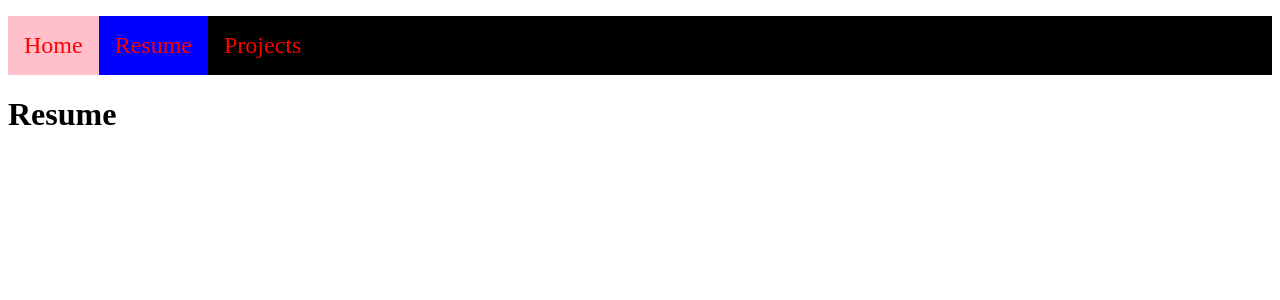
Repository: Kur0bane/Kur0bane.github.io
Page: resume.html
The author's editor kept a record of every edit. The page is drawn from the files as they stood at one moment, then again after the next edit.
The browser window is 1280 px wide. The pictures show the whole page.
The pointer rests on the first visible `.navbar li`.

Above is the page before.

After the next edit:
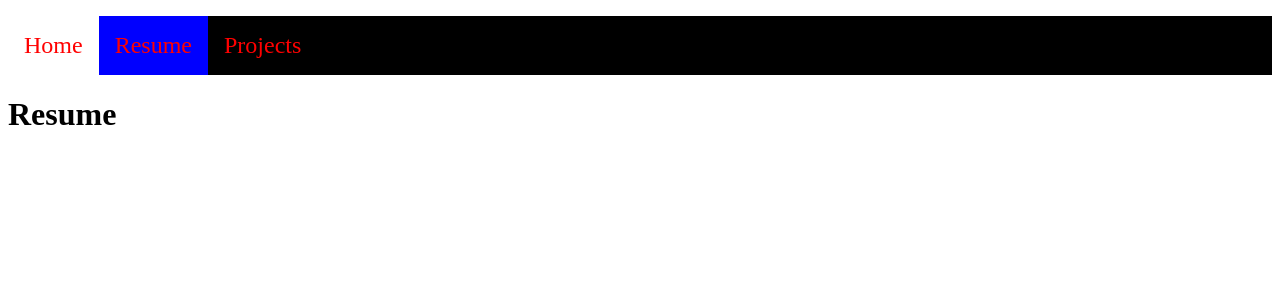
The edit:
--- a/resume.html
+++ b/resume.html
@@ -23,7 +23,7 @@
         }
 
         .navbar li:hover{
-            background-color: pink;
+            background-color: white;
         }
 
         .dropdown-content{
